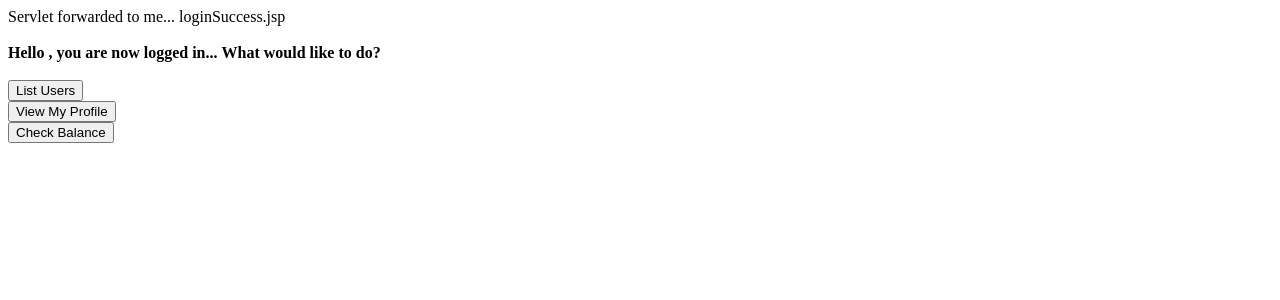
Repository: kingron98/SoftEng-Bank-Web-Application-
Page: http://localhost/SE3_BankWebApp/loginSuccess.jsp
These files come from the project's save history. The page is drawn as it stood at one moment and after the next save; the edit follows.
The browser window is 1280 px wide. The pictures show the whole page.
The page is served by Tomcat 9.

Above is the page before, as saved 2020-12-10 16:19:41.

After the next save:
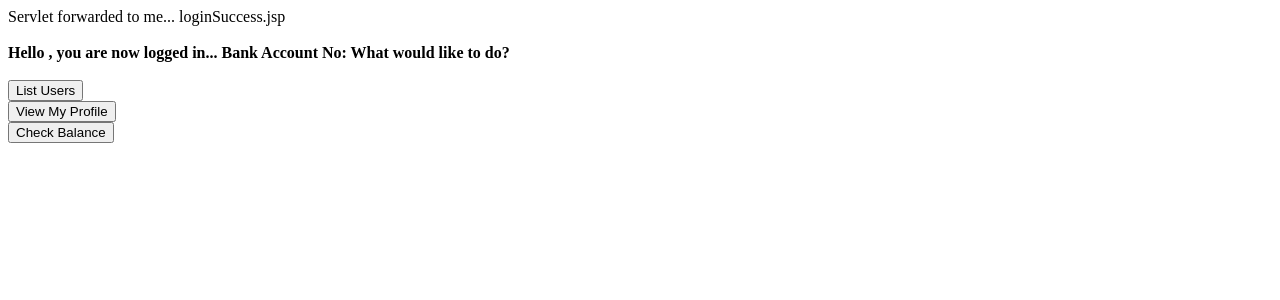
Saved 5 min 51 s later.
--- a/SE3 Bank App/Java/Workspace/SE3_BankWebApp/WebContent/loginSuccess.jsp
+++ b/SE3 Bank App/Java/Workspace/SE3_BankWebApp/WebContent/loginSuccess.jsp
@@ -16,7 +16,9 @@
 	<br/><br/>
 
 	<c:set var="customer" value="${sessionScope.customer}"/>
+	<c:set var="bankaccount" value="${sessionScope.bankaccount}"/>
 	<b>Hello <c:out value="${customer.customerName}"/>, you are now logged in...</b>
+	<b>Bank Account No: <c:out value="${bankaccount.accountId}"/></b>
 	<b>What would like to do?</b>
 
 	<br/><br/>
